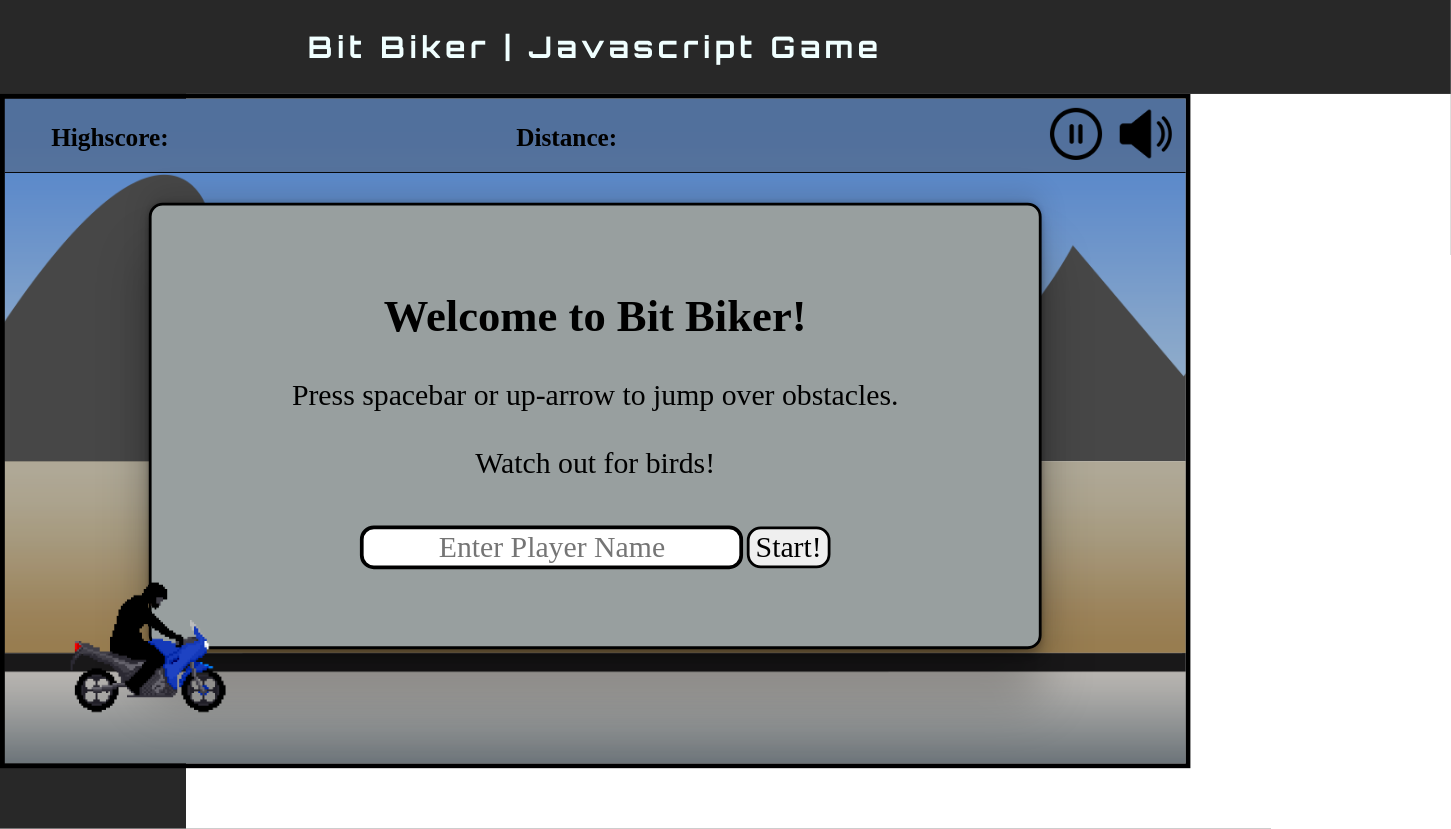
Repository: jellymel0n/bit-biker
Page: index.html
The author's editor kept a copy of each file at every save. The page is drawn from the files as they stood at one save, then again after the next save.
The browser window is 1280 px wide. The page is 1560 px wide, then 1280 px, so the pictures cover 1560 px, including what lies to the right of the window. The pictures show the whole page, at 93% of full size.

Above is the page before, as saved 2021-07-18 20:14:34.

### index.html
<!DOCTYPE html>
<html lang="en">
<head>
    <meta charset="UTF-8">
    <meta http-equiv="X-UA-Compatible" content="IE=edge">
    <meta name="viewport" content="width=device-width, initial-scale=1.0">
    <!-- Google Fonts -->
    <link rel="preconnect" href="https://fonts.googleapis.com">
    <link rel="preconnect" href="https://fonts.gstatic.com" crossorigin>
    <link href="https://fonts.googleapis.com/css2?family=Orbitron:wght@400;700&display=swap" rel="stylesheet">
    <!-- CSS reset/normalize -->
    <link rel="stylesheet" href="styles/normalize-fwd.css">
    <!-- Local CSS -->
    <link rel="stylesheet" href="styles/styles.css">
    <title>Bit Biker | Javascript Game</title>
</head>
<body>
    <h1>Bit Biker | Javascript Game</h1>

    <div class="board-bg"></div>
    <main id="game-board">
        <div id="song">
            <audio id='song-playback' currentTime=''>
                <source src="assets/music/run-song.mp3" type="audio/mp3" />
                Your browser does not support audio playback.
            </audio>
        </div>
        <!-- Game board header -->
        <div id='game-header'>
            <div class="highscore-container">
                <p id='highscore-text'>Highscore:   </p>
                <p id="highScore-get"></p>
            </div>

            <div class="distance-container">
            <p id='distance-text'>Distance:   </p>
            <p id="distance-num"></p>
            </div>

            <div id='btn-pause'>
                <img src="assets/graphics/icons/pause.png" alt="pause button, circle around a pause icon">
            </div>
            <div id='btn-volume'>
                <img src="assets/graphics/icons/volume.png" alt="volume button, speaker icon">
            </div>
            <div id="btn-mute">
                <img src='assets/graphics/icons/mute.png' alt='mute button, speaker icon crossed out'>
            </div>
        </div>
        <!-- End of game board header -->

        <!-- Splash screen - intro -->
        <div id='splash-screen'>
            <h2 id='splash-header'>Welcome to Bit Biker!</h2>
            <p id='splash-text'>Press spacebar or up-arrow to jump over obstacles.<br><br>Watch out for birds!</p>

            <div id="splashInput">
                <input id='player-name' type='text' placeholder='Enter Player Name' required>
                <button id='savePlayer'>Start!</button>
            </div>
        </div>
        <!-- End of splash screen -->

        <!-- Pause Screen -->
        <div id="pause-screen">
            <h2>Game Paused</h2>
            <p id='pause-text'>
                To get gameplay instructions click the "Help" button<br>
                To quit the game and go back to the splash screen click "Quit".<br>
                To go back to the game, click "X" in the top corner.</p>
            <div id="pause-close">
                <img src="assets/graphics/icons/remove.png" alt="Close icon, an X with a circle around it.">
            </div>
            <div id="pause-btns">
                <div id="help-btn">
                    <p id="help-btn-text">Help</p>
                </div>
                <div id="quit-btn">
                    <p id="quit-text">Quit</p>
                </div>
            </div>
        </div>
        <!-- End of Pause Screen -->

        <!-- Help Screen -->
        <div id="help-screen">
            <h2>Gameplay Instructions</h2>
            <p id='help-text'>
                Press the spacebar to jump, hold to jump higher.
                <br>
                Avoid obstacles in the road as well as birds flying above.<br>
                Rocks cannot hurt you, only spiked blocks and birds can.
                <br>
                To mute, click the speaker icon in the top corner.
            </p>
            <div id="help-btns">
                <div id="resume-btn">
                    <p>Resume</p>
                </div>
                <div id="help-quit-btn">
                    <p id="quit-text">Quit</p>
                </div>
            </div>
        </div>
        <!-- End of Help Screen -->

        <!-- Game Over Screen -->
        <div id="gOver-screen">
            <h2>Game Over!</h2>
            <p id='gOver-text'>
                That's the way of the road. Try again.
                <br><br>
            </p>
            <p id='gOver-distance'></p>
            <p id="highscoreCheck"></p>
            <div id="gOver-btns">
                <div id="play-again-btn">
                    <p>Play Again</p>
                </div>
                <div id="gOver-quit-btn">
                    <p id="quit-text">Quit</p>
                </div>
            </div>
        </div>

        <!-- End of Game Over Screen -->

        <!-- Game Complete Screen -->
        <div id="complete-screen">
            <h2>Congratulations!</h2>
            <p id='complete-text'>
                You've traversed the deadliest road.
                <br><br>
            </p>
            <p id='complete-distance'></p>
            <p id="completeHSCheck"></p>
            <div id="complete-btns">
                <div id="complete-play-again-btn">
                    <p>Play Again</p>
                </div>
                <div id="complete-quit-btn">
                    <p id="quit-text">Quit</p>
                </div>
            </div>
        </div>

        <!-- End of Game Complete Screen -->

    </main>

<!-- jQuery CDN script-->
<script src="https://code.jquery.com/jquery-3.6.0.min.js" integrity="sha256-/xUj+3OJU5yExlq6GSYGSHk7tPXikynS7ogEvDej/m4=" crossorigin="anonymous"></script>
<!-- Local JS script -->
<script src='scripts/script.js'></script>
</body>
</html>

### styles/styles.css
body {
    background-color: rgb(40, 40, 40);
}

h1 {
    font-family: 'Orbitron', sans-serif;
    color: azure;
    text-align: center;
    margin: 2rem auto;
    letter-spacing: 5px;
}

#game-board {
    width: 80rem;
    height: 725px;
    border: 5px solid black;
    /* border-radius: 10%; */
    margin: 0 auto;
    position: relative;
    overflow: hidden;
}

.board-bg {
    width: 85rem;
    height: 790px;
    background-color: white;
    z-index: -9999;
    left: 200px;
    /* border-radius: 10%; */
    margin: 0 auto;
    position: absolute;
}

/* Game board header */
div#game-header {
    display: flex;
    justify-content: space-around;
    width: 100%;
    height: 5rem;
    background-color: rgba(1, 255, 255, 0.297);
    background-color: rgba(74, 74, 74, 0.366);
    border-bottom: 1px solid black;
}

#highscore-text,
#distance-text,
#distance-num,
#highScore-get {
    position: absolute;
}

#highscore-text {
    font-size: 1.7rem;
    left: 50px;
    font-weight: bold;
}

#distance-text {
    font-size: 1.7rem;
    left: 550px;
    font-weight: bold;
}

#distance-num {
    font-size: 1.7rem;
    left: 660px;
    top: 1px;
    font-weight: bold;
    margin-left: 0.5rem;
}

#highScore-get {
    font-size: 1.7rem;
    left: 178px;
    font-weight: bold;
    margin-left: 0.5rem;
}



#btn-pause img {
    position: absolute;
    width: 3.5rem;
    right: 90px;
    top: 10px;
}

#btn-pause img:hover {
    transform: scale(1.1);
    cursor: pointer;
}

#btn-volume img,
#btn-mute img {
    position: absolute;
    width: 3.5rem;
    right: 15px;
    top: 10px;
}

#btn-volume img:hover,
#btn-mute img:hover  {
    transform: scale(1.1);
    cursor: pointer;
}

#btn-mute {
    display: none;
}

/* end of game board header */

/* Splash screen styles */
#splash-screen {
    width: 60rem;
    height: 30rem;
    z-index: 5;
    margin: 2rem auto;
    border: 3px solid black;
    border-radius: 15px;
    align-content: center;
    background-color: rgb(152, 159, 159);
    box-shadow: rgba(0, 0, 0, 0.25) 0px 54px 55px, rgba(0, 0, 0, 0.12) 0px -12px 30px, rgba(0, 0, 0, 0.12) 0px 4px 6px, rgba(0, 0, 0, 0.17) 0px 12px 13px, rgba(0, 0, 0, 0.09) 0px -3px 5px;
}

#splash-screen h2 {
    text-align: center;
    font-size: 3rem;
}

#splash-text {
    text-align: center;
    font-size: 2rem;
    margin: 0 1rem;
}

#splashInput {
    text-align: center;
    margin-top: 3rem;
}

input[type=text] {
    border: 4px solid black;
    border-radius: 15px;
    font-size: 2rem;
    margin: 0 auto 2rem auto;
    text-align: center;
}

button#savePlayer {
    font-size: 2rem;
    color: black;
    border: 3px solid black;
    border-radius: 15px;
}

button#savePlayer:hover {
    transform: scale(1.1);
    cursor: pointer;
}
/* End of splash screen styles */

/* Pause and Help screen styles */

#pause-screen,
#help-screen,
#gOver-screen,
#complete-screen {
    display: none;
    position: relative;
    z-index: 3;
    width: 60rem;
    height: 30rem;
    margin: 2rem auto;
    border: 3px solid black;
    border-radius: 15px;
    align-content: center;
    background-color: rgb(152, 159, 159);
    box-shadow: rgba(0, 0, 0, 0.25) 0px 54px 55px, rgba(0, 0, 0, 0.12) 0px -12px 30px, rgba(0, 0, 0, 0.12) 0px 4px 6px, rgba(0, 0, 0, 0.17) 0px 12px 13px, rgba(0, 0, 0, 0.09) 0px -3px 5px;
}

#pause-screen h2,
#help-screen h2,
#gOver-screen h2,
#complete-screen h2 {
    text-align: center;
    font-size: 3rem;
}

#pause-text,
#help-text,
#gOver-text,
#gOver-distance,
#highscoreCheck,
#complete-text,
#complete-distance,
#completeHSCheck {
    text-align: center;
    font-size: 2rem;
    margin: 0 1rem;
}

#pause-close img {
    position: absolute;
    width: 3.5rem;
    left: 15px;
    top: 15px;
}

#pause-close img:hover {
    transform: scale(1.1);
    cursor: pointer;
}

#pause-btns,
#help-btns,
#gOver-btns,
#complete-btns{
    display: flex;
    justify-content:center;
    margin-top: 3.6rem;
}

#help-btn,
#quit-btn,
#resume-btn,
#help-quit-btn,
#play-again-btn,
#gOver-quit-btn,
#complete-play-again-btn,
#complete-quit-btn {
    border: solid 3px black;
    text-align: center;
    width: 17%;
    border-radius: 10px;
    /* height: 4rem; */
    font-size: 2rem;
    vertical-align: middle;
    font-weight: bold;
    margin: 0 3rem 0 3rem;
}

#help-btn:hover,
#quit-btn:hover,
#resume-btn:hover,
#help-quit-btn:hover,
#play-again-btn:hover,
#gOver-quit-btn:hover,
#complete-quit-btn:hover,
#complete-play-again-btn:hover {
    transform: scale(1.1);
    cursor: pointer;
    background-color: black;
    color: azure;
}

/* End of Screen Styles */

/* Game Objects */
.player {
    position: absolute;
    background-size: contain;
    transform-origin: center center;
}

.obstacle {
    position: absolute;
    background-size: contain;
}

.bg-layer {
    position: absolute;
}

.bg-prop {
    position: absolute;
    background-size: contain;
}

Loaded but not shown: styles/normalize-fwd.css (library); scripts/script.js (751 lines, source omitted)

After the next save:
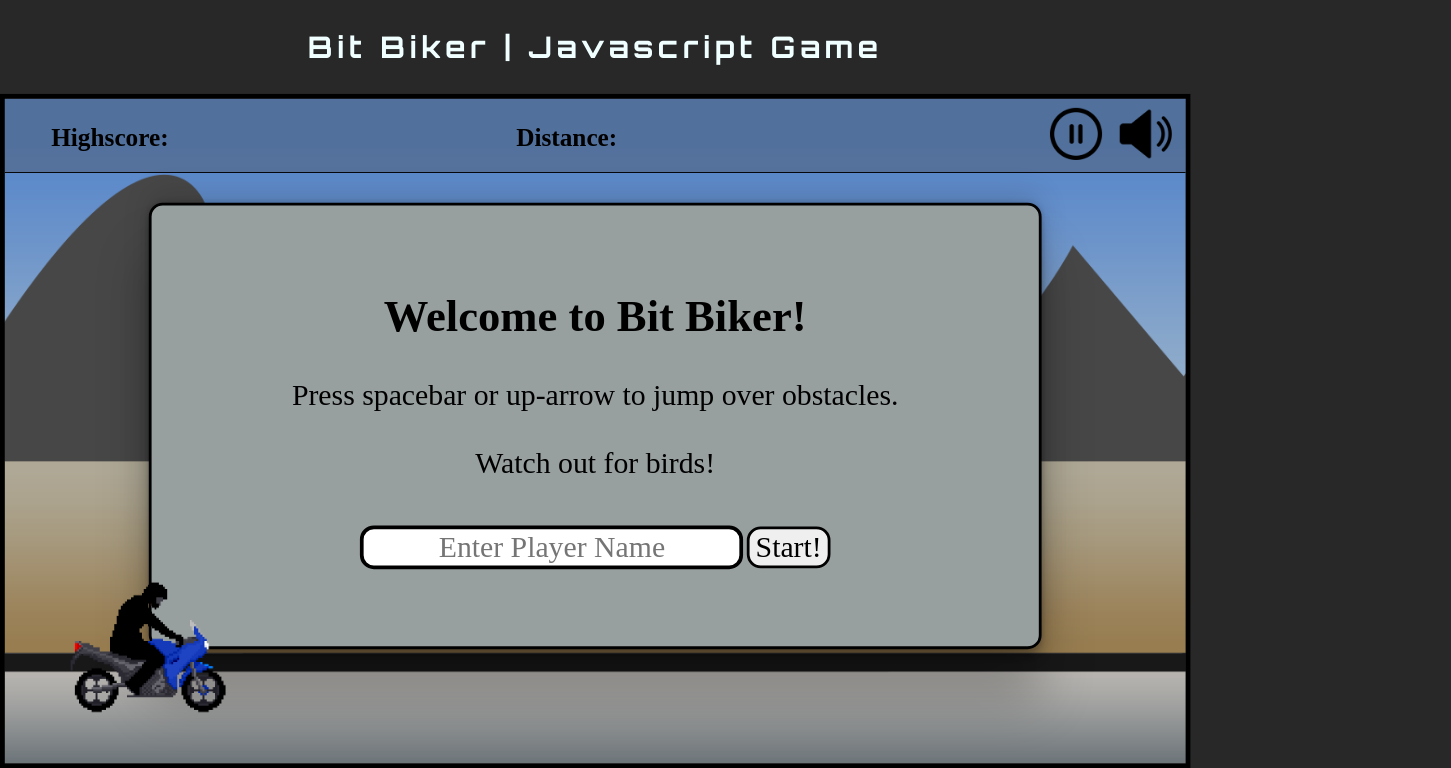
Saved 47 s later.
--- a/styles/styles.css
+++ b/styles/styles.css
@@ -18,17 +18,6 @@ h1 {
     margin: 0 auto;
     position: relative;
     overflow: hidden;
-}
-
-.board-bg {
-    width: 85rem;
-    height: 790px;
-    background-color: white;
-    z-index: -9999;
-    left: 200px;
-    /* border-radius: 10%; */
-    margin: 0 auto;
-    position: absolute;
 }
 
 /* Game board header */
